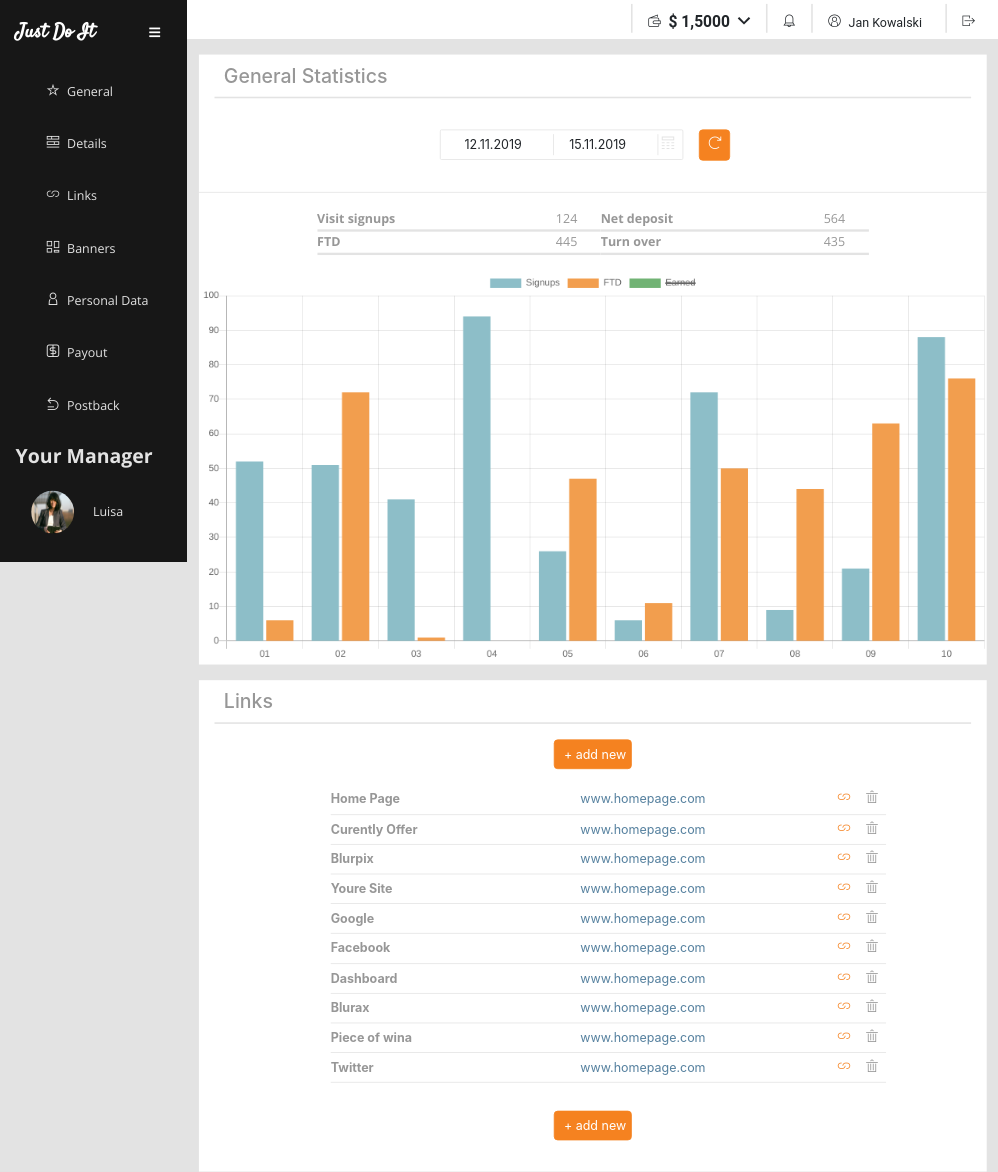
Repository: OllaWilk/wwwJustDoIt
Page: index.html
These files come from the project's save history. The page is drawn as it stood at one moment and after the next save; the edit follows.
The browser window is 1280 px wide. The pictures show the whole page, at 78% of full size.
Some web libraries are served in a nearby version. The style sheet was rebuilt from its Sass, Less or Tailwind sources for each picture, by a compiler version that may differ from the author's.

Above is the page before, as saved 2019-12-25 17:08:09.

After the next save:
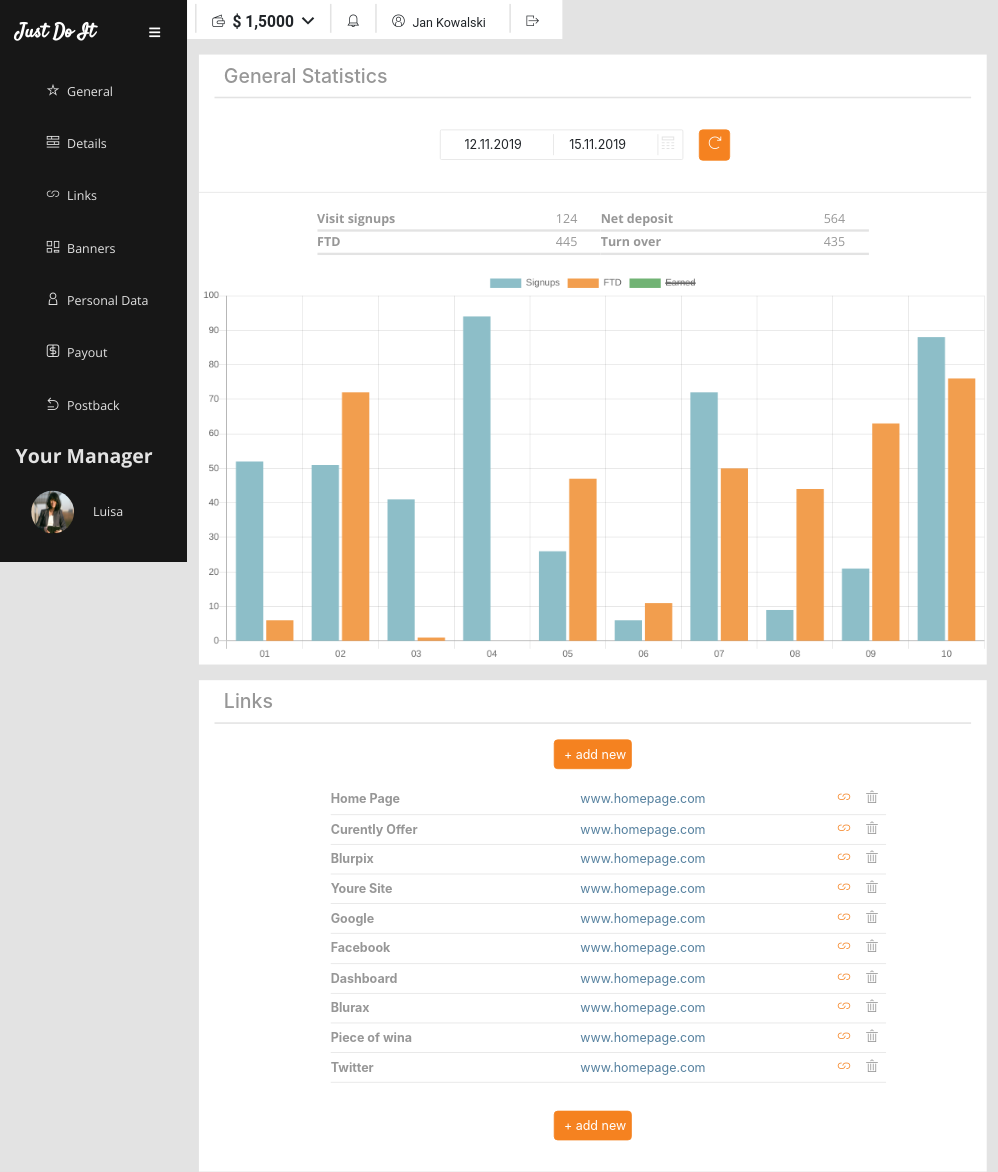
Saved 8 min 25 s later.
--- a/sass/sections/_topUserMenu.scss
+++ b/sass/sections/_topUserMenu.scss
@@ -1,6 +1,6 @@
 .topMenu {
     background-color: $color-light;
-    width: calc(100% - 240px);
+
     height: 50px;
     margin-left: 240px;
     position: fixed;

After the save that followed:
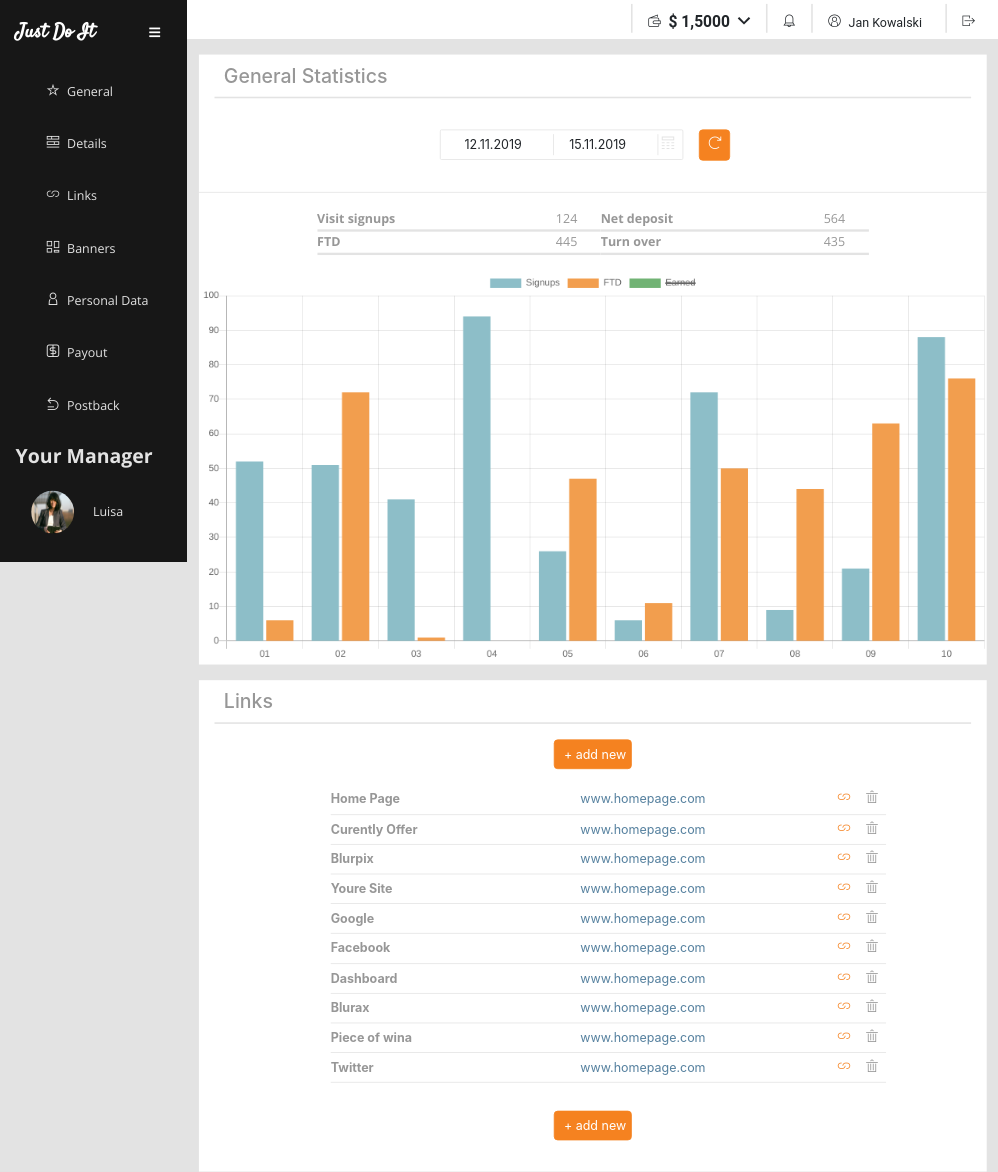
Saved 27 s later.
--- a/sass/sections/_topUserMenu.scss
+++ b/sass/sections/_topUserMenu.scss
@@ -1,6 +1,6 @@
 .topMenu {
     background-color: $color-light;
-
+    width: calc(100% - 240px);
     height: 50px;
     margin-left: 240px;
     position: fixed;
